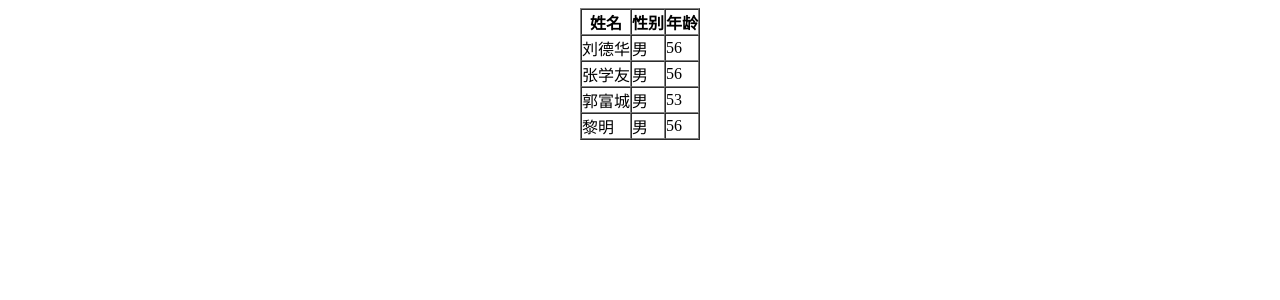
Repository: 129021/Front-end-learning
Page: 第2天/03-表头单元格标签.html
These files come from the project's save history. The page is drawn as it stood at one moment and after the next save; the edit follows.
The browser window is 1280 px wide. The pictures show the whole page.

Above is the page before, as saved 2021-10-15 19:25:49.

### 第2天/03-表头单元格标签.html
<!DOCTYPE html>
<html lang="en">

<head>
    <meta charset="UTF-8">
    <meta http-equiv="X-UA-Compatible" content="IE=edge">
    <meta name="viewport" content="width=device-width, initial-scale=1.0">
    <title>Document</title>
</head>

<body>
    <!-- 这些属性要写到表格标签table里面去 -->
    <table align="center" border="1" cellpadding="0" cellspacing="0" width="">
        <tr>
            <th>姓名</th>
            <th>性别</th>
            <th>年龄</th>
        </tr>
        <tr>
            <td>刘德华</td>
            <td>男</td>
            <td>56</td>
        </tr>
        <tr>
            <td>张学友</td>
            <td>男</td>
            <td>56</td>
        </tr>
        <tr>
            <td>郭富城</td>
            <td>男</td>
            <td>53</td>
        </tr>
        <tr>
            <td>黎明</td>
            <td>男</td>
            <td>56</td>
        </tr>
    </table>
</body>

</html>

After the next save:
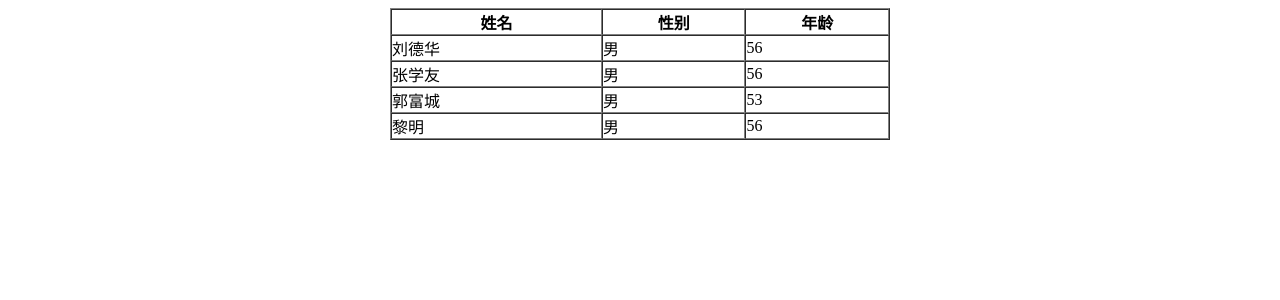
Saved 9 s later.
--- a/第2天/03-表头单元格标签.html
+++ b/第2天/03-表头单元格标签.html
@@ -10,7 +10,7 @@
 
 <body>
     <!-- 这些属性要写到表格标签table里面去 -->
-    <table align="center" border="1" cellpadding="0" cellspacing="0" width="">
+    <table align="center" border="1" cellpadding="0" cellspacing="0" width="500">
         <tr>
             <th>姓名</th>
             <th>性别</th>
